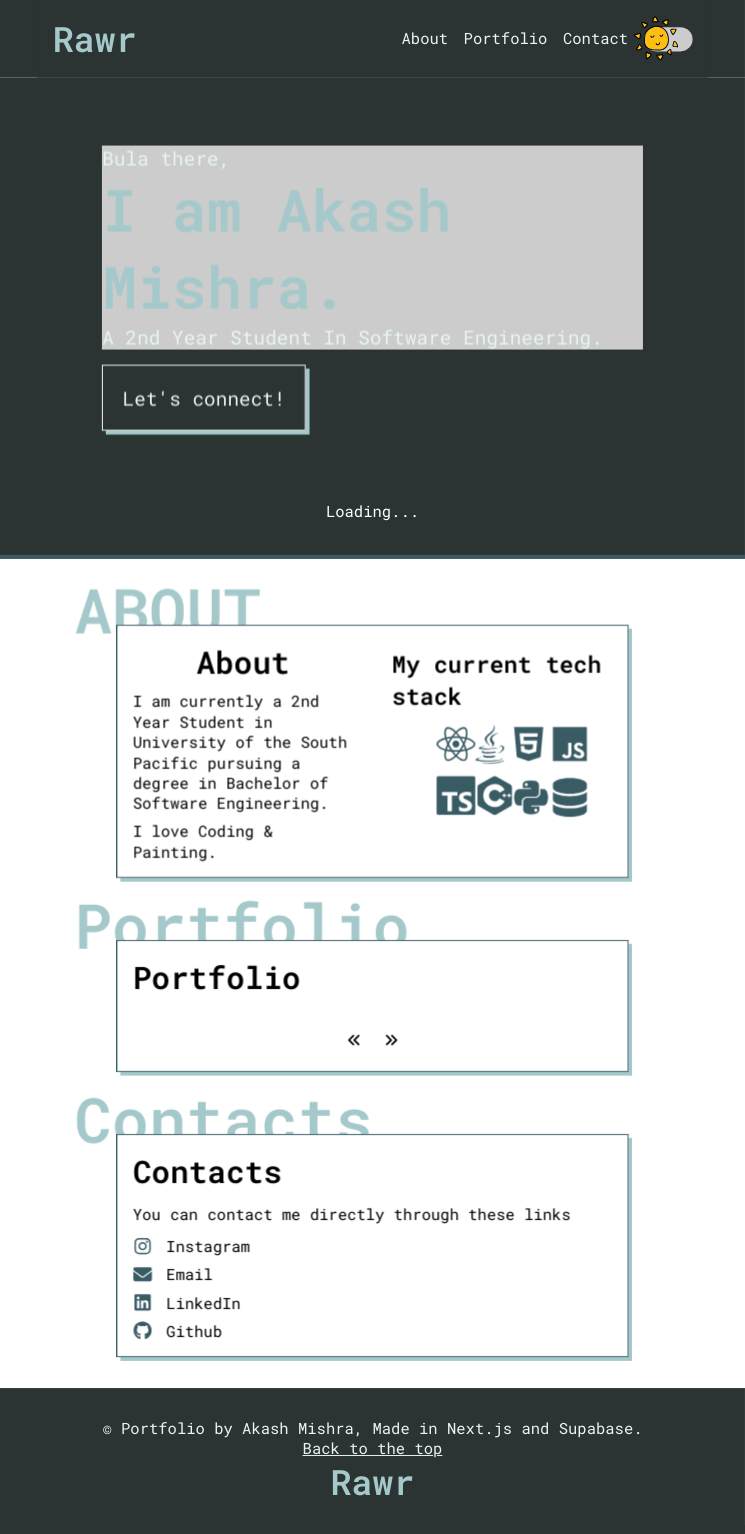
Repository: akashrawr/personal-portfolio
Page: /
An editor plug-in stored every save of this project. The page is shown before and after the next save, followed by the edit.
The browser window is 768 px wide. The pictures show the whole page, at 97% of full size.
The page's requests for data from a server got no answer. The project was rebuilt for these pictures with package versions that can differ from the ones it lists, and the page was loaded fresh each time. The framework's server and built-in components were replaced by stand-ins that run in the browser. No one was signed in, and anything a server would have sent is missing. Also part of the build but not shown: next.config.ts.

Above is the page before, as saved 2025-01-03 20:40:28.

After the next save:
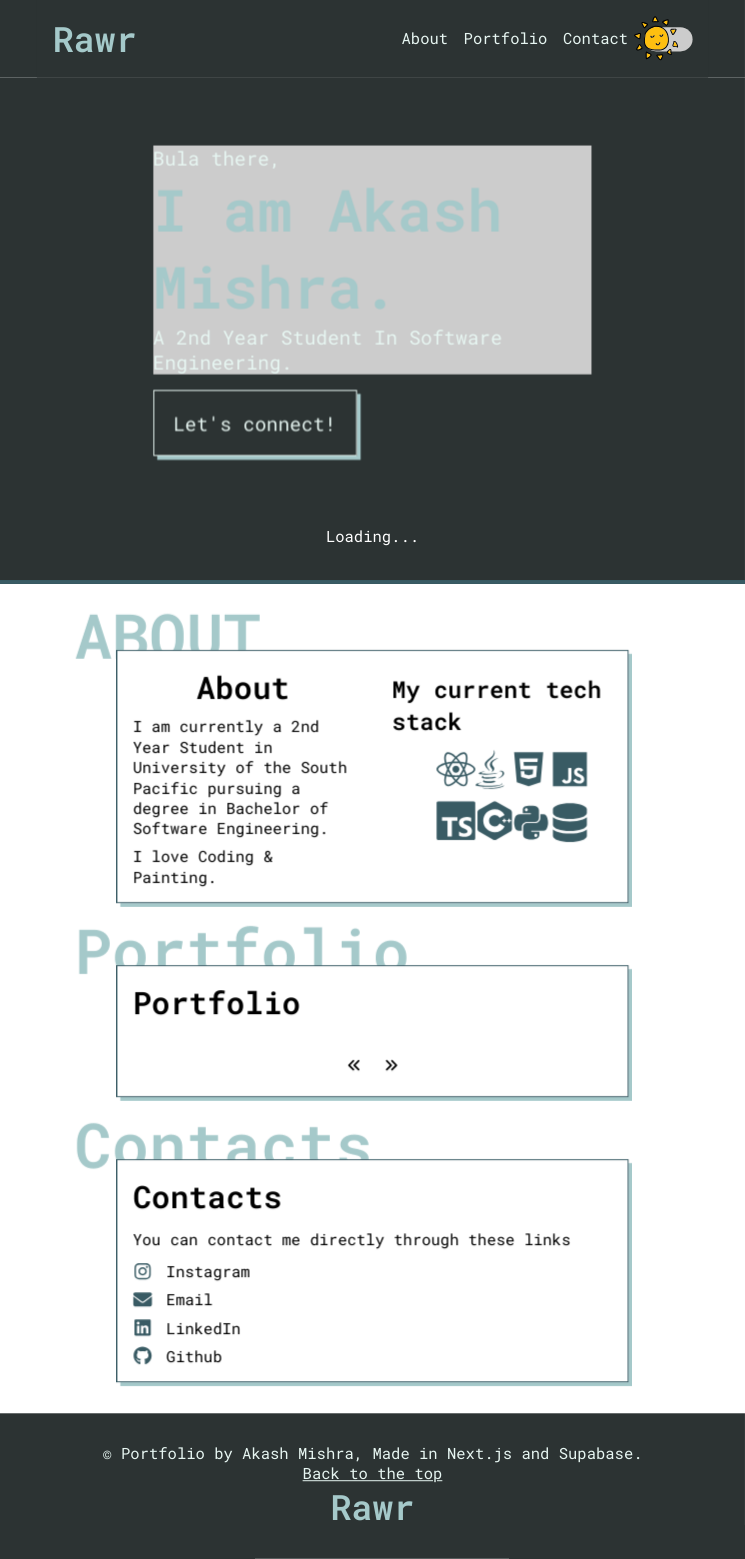
Saved 23 s later.
--- a/app/globals.css
+++ b/app/globals.css
@@ -307,7 +307,7 @@ color:white;
     margin-top: 20px;
   }
   .hero-container, .hero-image {
-    max-width: 150%;
+    max-width: 75%;
     height: auto;
   }
   .hero-text-container {
